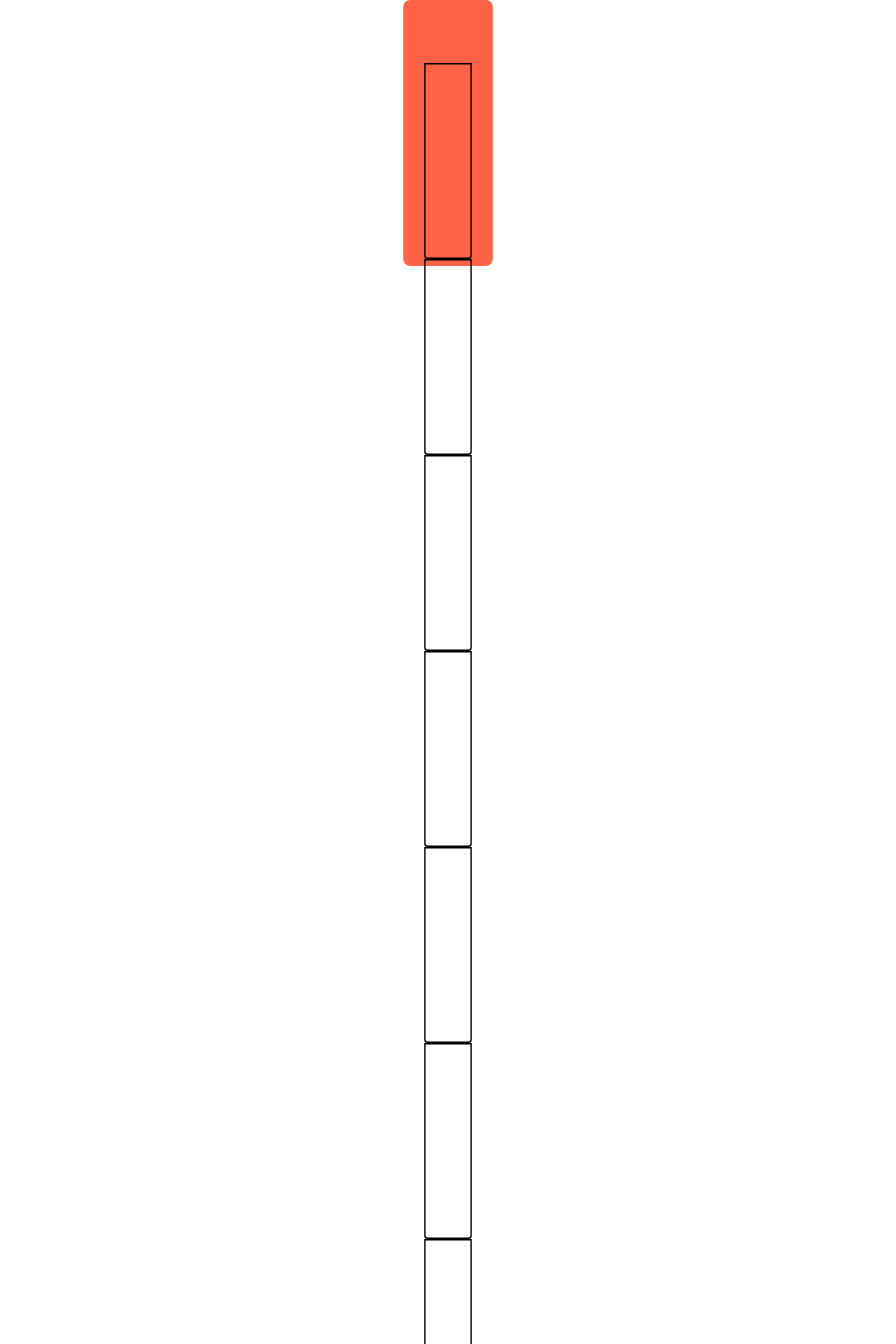
Repository: aishakapan/piano
Page: index.html
These files come from the project's save history. The page is drawn as it stood at one moment and after the next save; the edit follows.
The browser window is 1280 px wide. The pictures show the part of the page from y = 0 to 1920 px (the page is 4010 px tall before and 720 px after), at 70% of full size.

Above is the page before, as saved 2022-09-03 19:58:10.

After the next save:
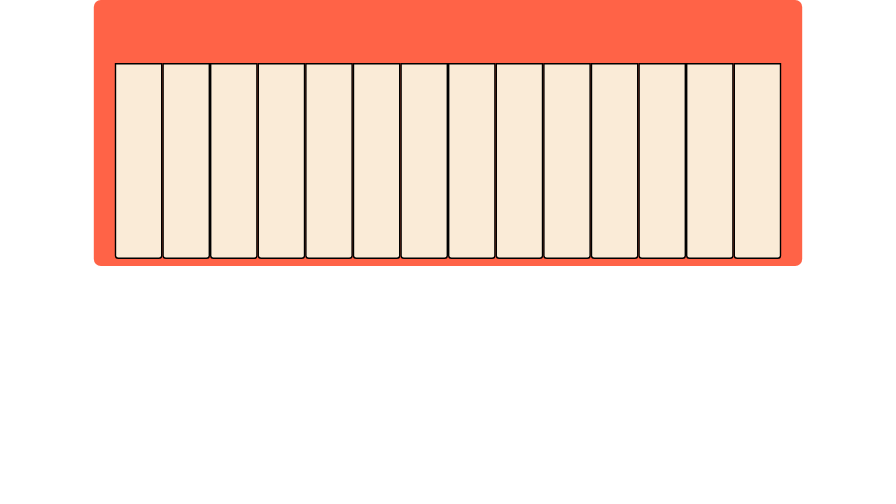
Saved 48 s later.
--- a/styles.css
+++ b/styles.css
@@ -19,9 +19,14 @@ body {
 
 }
 
+.white-keys {
+    display: flex;
+}
+
 .white-key {
     width: 68px;
     height: 280px;
+    background-color: antiquewhite;
     border-radius: 0 0 5px 5px;
     border: solid black 2px;
     box-sizing: border-box;
